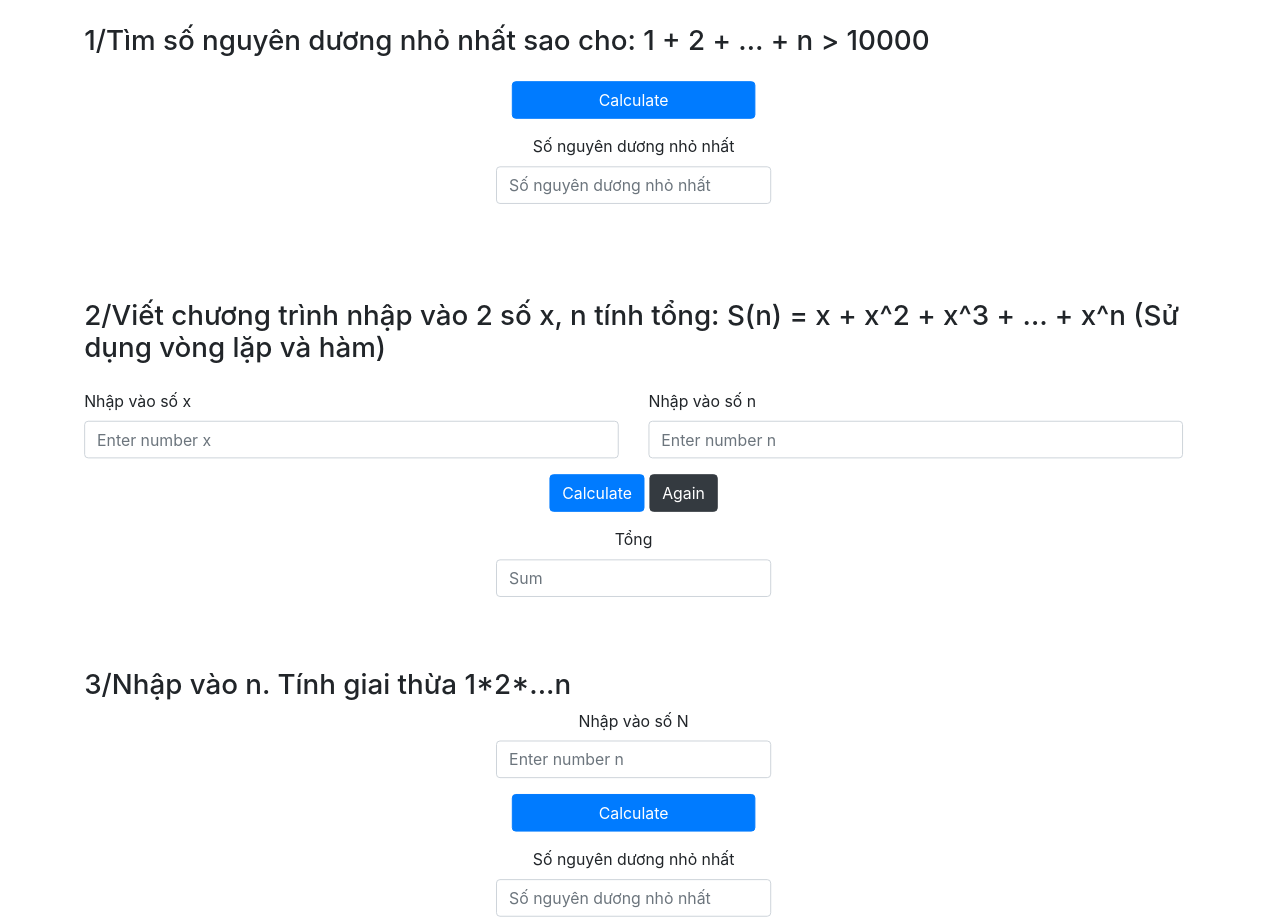
Repository: baobaodeveloper/bootcamp21__loop__HuynhAnhBao
Page: index.html
The author's editor kept a copy of each file at every save. The page is drawn from the files as they stood at one save, then again after the next save.
The browser window is 1280 px wide. The pictures show the whole page, at 99% of full size.

Above is the page before, as saved 2022-03-16 23:31:58.

### index.html
<!DOCTYPE html>
<html lang="en">
  <head>
    <title>Exercise Js</title>
    <!-- Required meta tags -->
    <meta charset="utf-8" />
    <meta
      name="viewport"
      content="width=device-width, initial-scale=1, shrink-to-fit=no"
    />

    <!-- Bootstrap CSS -->
    <link
      rel="stylesheet"
      href="https://stackpath.bootstrapcdn.com/bootstrap/4.3.1/css/bootstrap.min.css"
      integrity="sha384-ggOyR0iXCbMQv3Xipma34MD+dH/1fQ784/j6cY/iJTQUOhcWr7x9JvoRxT2MZw1T"
      crossorigin="anonymous"
    />
  </head>
  <body>
    <!--1/Tìm số nguyên dương nhỏ nhất sao cho:
    1 + 2 + … + n > 10000-->
    <div class="container mt-4">
      <h3>1/Tìm số nguyên dương nhỏ nhất sao cho: 1 + 2 + … + n > 10000</h3>
      <div class="mb-3 flex-md-column d-flex w-25 m-auto text-center">
        <button type="button" id="min-number" class="btn btn-primary m-3">
          Calculate
        </button>
        <label class="form-label">Số nguyên dương nhỏ nhất</label>
        <input
          type="text"
          class="form-control"
          id="result1"
          placeholder="Số nguyên dương nhỏ nhất"
        />
      </div>
    </div>

    <!--2/Viết chương trình nhập vào 2 số x, n tính tổng: S(n) = x + x^2 + x^3 + … + x^n (Sử
    dụng vòng lặp và hàm)-->
    <div class="container mt-5 pt-5">
      <h3>
        2/Viết chương trình nhập vào 2 số x, n tính tổng: S(n) = x + x^2 + x^3 +
        … + x^n (Sử dụng vòng lặp và hàm)
      </h3>
      <div class="row mt-4">
        <div class="col">
          <label class="form-label">Nhập vào số x</label>
          <input
            type="number"
            class="form-control"
            placeholder="Enter number x"
            id="number-x"
          />
        </div>
        <div class="col">
          <label class="form-label">Nhập vào số n</label>
          <input
            type="number"
            class="form-control"
            placeholder="Enter number n"
            id="number-n"
          />
        </div>
      </div>

      <div class="m-3 text-center">
        <button type="button" id="calculate-sum" class="btn btn-primary">
          Calculate
        </button>
        <button type="button" id="calculate-sum-again" class="btn btn-dark">
          Again
        </button>
      </div>

      <div class="w-25 m-auto text-center">
        <label class="form-label">Tổng</label>
        <input
          type="text"
          class="form-control"
          id="result2"
          placeholder="Sum"
        />
      </div>
    </div>

    <!--3/Nhập vào n. Tính giai thừa 1*2*...n-->
    <div class="container mt-4 pt-5">
      <h3>3/Nhập vào n. Tính giai thừa 1*2*...n</h3>
      <div class="w-25 m-auto text-center">
        <label class="form-label">Nhập vào số N</label>
        <input
          type="email"
          class="form-control"
          id="num-enter"
          placeholder="Enter number n"
        />
      </div>
      <div class="mb-3 flex-md-column d-flex w-25 m-auto text-center">
        <button type="button" id="calculate-num-n" class="btn btn-primary m-3">
          Calculate
        </button>
        <label class="form-label">Số nguyên dương nhỏ nhất</label>
        <input
          type="text"
          class="form-control"
          id="result1"
          placeholder="Số nguyên dương nhỏ nhất"
        />
      </div>
    </div>

    <!-- Optional JavaScript -->
    <!-- jQuery first, then Popper.js, then Bootstrap JS -->
    <script
      src="https://code.jquery.com/jquery-3.3.1.slim.min.js"
      integrity="sha384-q8i/X+965DzO0rT7abK41JStQIAqVgRVzpbzo5smXKp4YfRvH+8abtTE1Pi6jizo"
      crossorigin="anonymous"
    ></script>
    <script
      src="https://cdnjs.cloudflare.com/ajax/libs/popper.js/1.14.7/umd/popper.min.js"
      integrity="sha384-UO2eT0CpHqdSJQ6hJty5KVphtPhzWj9WO1clHTMGa3JDZwrnQq4sF86dIHNDz0W1"
      crossorigin="anonymous"
    ></script>
    <script
      src="https://stackpath.bootstrapcdn.com/bootstrap/4.3.1/js/bootstrap.min.js"
      integrity="sha384-JjSmVgyd0p3pXB1rRibZUAYoIIy6OrQ6VrjIEaFf/nJGzIxFDsf4x0xIM+B07jRM"
      crossorigin="anonymous"
    ></script>

    <!-- <script src="exercise1.js"></script> -->
    <script src="exercise2.js"></script>
  </body>
</html>

### exercise2.js
const numX = document.getElementById("number-x");
const numN = document.getElementById("number-n");
const result2 = document.getElementById("result2");
document.getElementById("calculate-sum").addEventListener("click", () => {
  if (numN.value && numX.value) {
    let numXValue = +numX.value;
    let numNValue = +numN.value;
    let sum = 0;
    for (let i = 1; i <= numNValue; i++) {
      sum += numXValue ** i;
    }

    result2.value = sum;
  }
});

document.getElementById("calculate-sum-again").addEventListener("click", () => {
  numX.value = "";
  numN.value = "";
  result2.value = "";
});

After the next save:
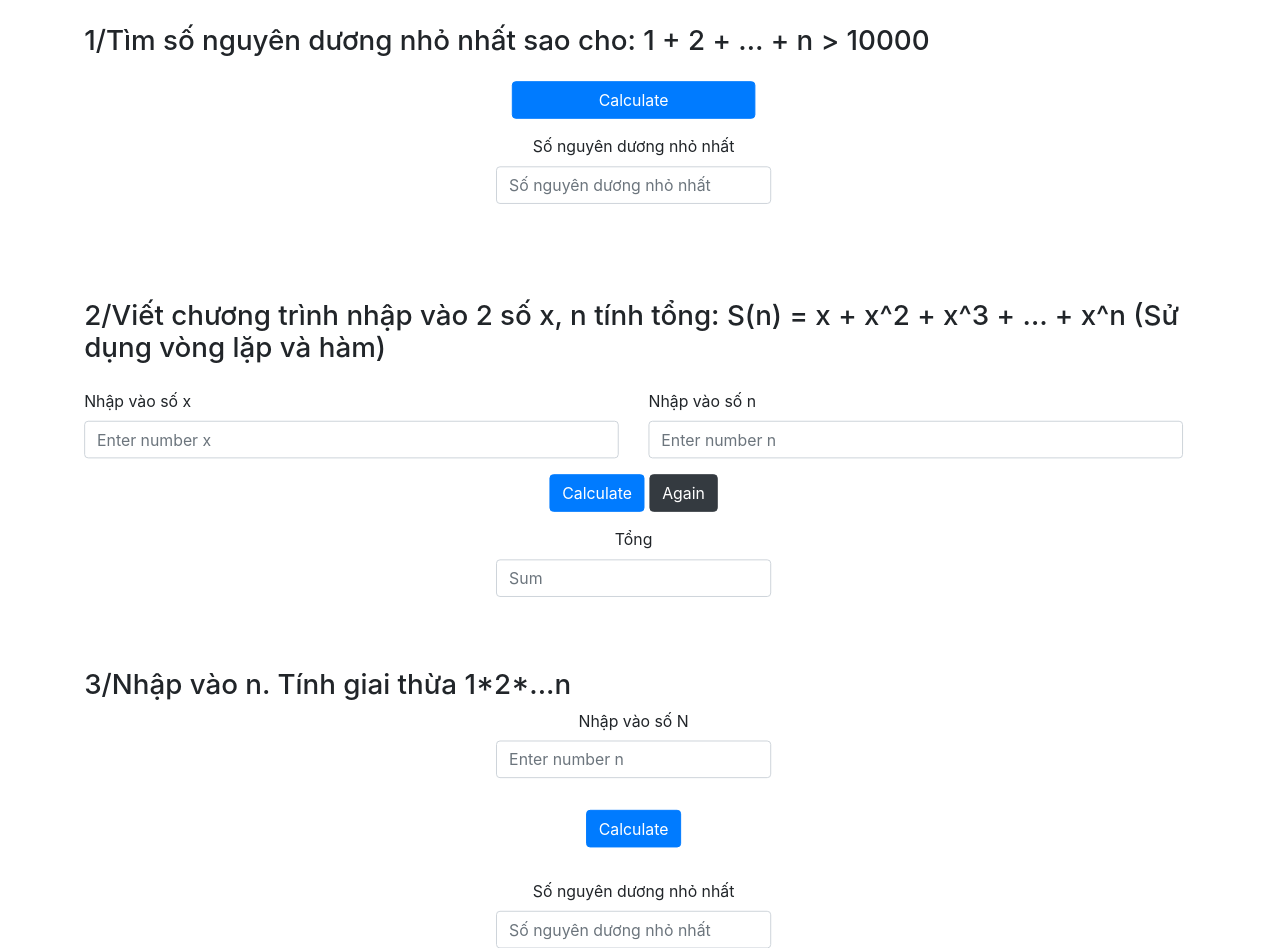
Saved 26 s later.
--- a/index.html
+++ b/index.html
@@ -97,9 +97,15 @@
         />
       </div>
       <div class="mb-3 flex-md-column d-flex w-25 m-auto text-center">
-        <button type="button" id="calculate-num-n" class="btn btn-primary m-3">
-          Calculate
-        </button>
+        <div class="m-3">
+          <button
+            type="button"
+            id="calculate-num-n"
+            class="btn btn-primary m-3"
+          >
+            Calculate
+          </button>
+        </div>
         <label class="form-label">Số nguyên dương nhỏ nhất</label>
         <input
           type="text"
